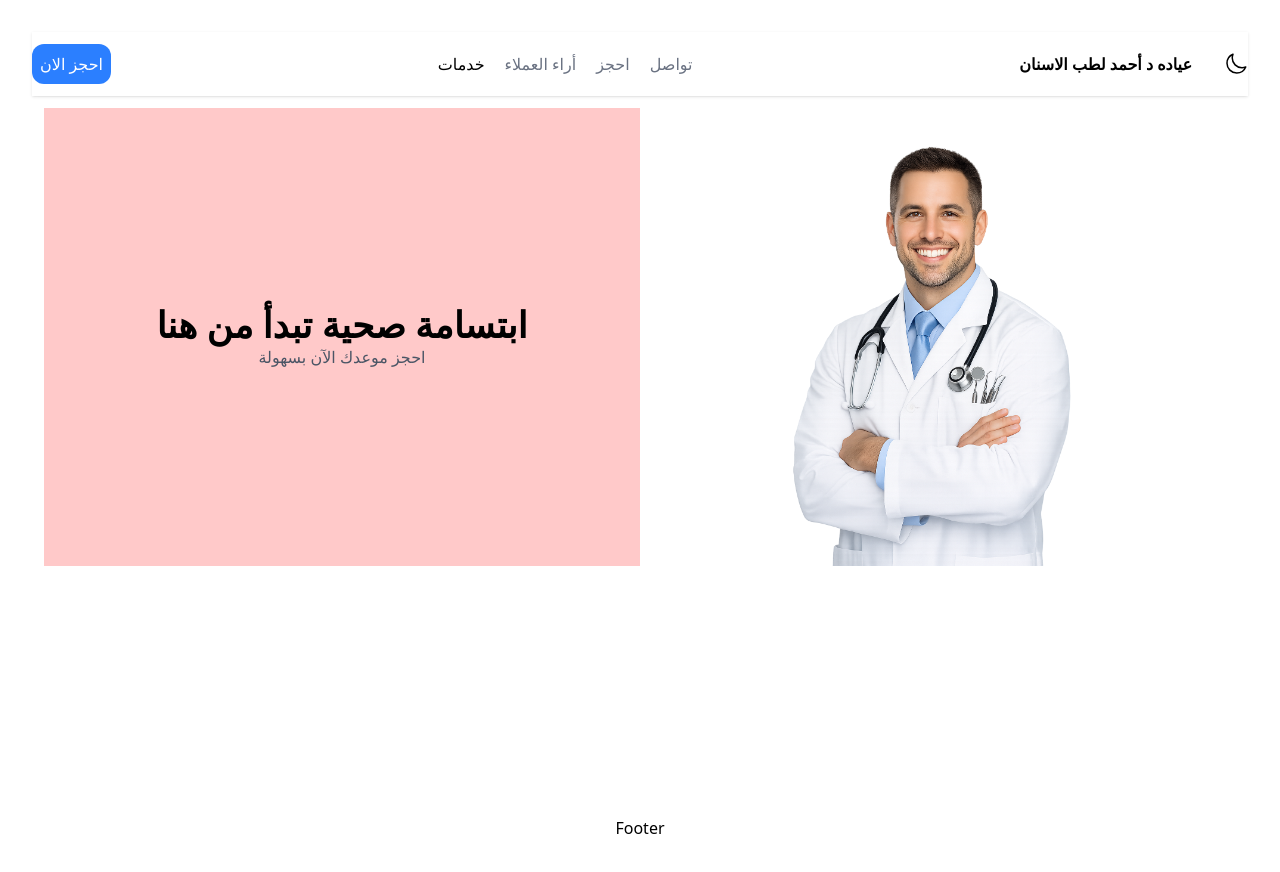
Repository: mohamedehab23-pro/clinic
Page: /
These files come from the project's save history. The page is drawn as it stood at one moment and after the next save; the edit follows.
The browser window is 1280 px wide. The pictures show the whole page.
The project was rebuilt for these pictures with package versions that can differ from the ones it lists, and the page was loaded fresh each time. Also part of the build but not shown: vite.config.js, src/Pages/AboutPage.jsx, src/Pages/ContactPage.jsx, src/Pages/NotFound.jsx, src/Components/Child.jsx, src/Components/Parent.jsx.

Above is the page before, as saved 2026-02-22 14:11:41.

After the next save:
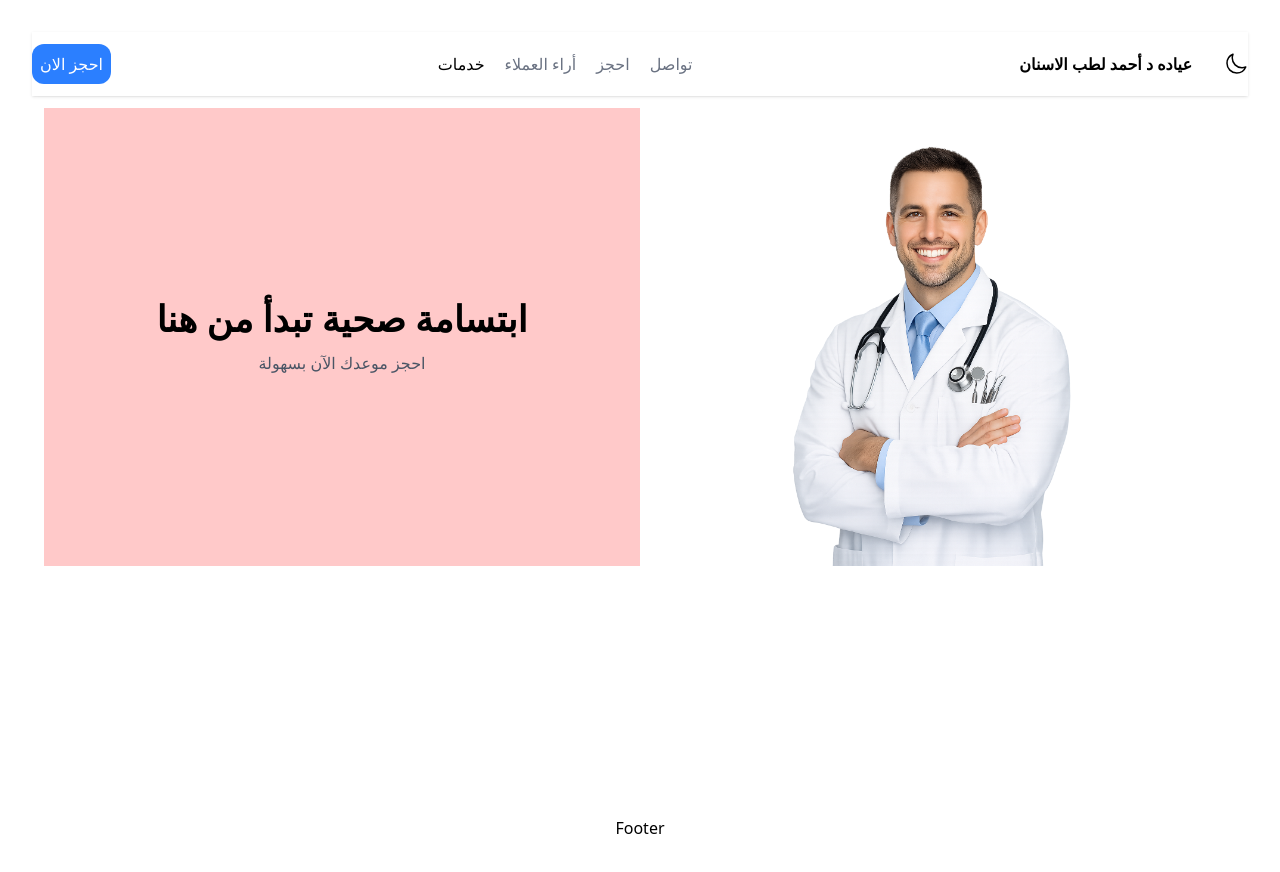
Saved 6 s later.
--- a/src/Pages/HeroPage.jsx
+++ b/src/Pages/HeroPage.jsx
@@ -6,7 +6,7 @@ export default function HomePage() {
       <div className='flex justify-around'>
 <div className='bg-red-200 w-full flex flex-col justify-center text-center '>
 <h2 className='text-4xl font-bold '>ابتسامة صحية تبدأ من هنا</h2>
-<p className='text-gray-600'>احجز موعدك الآن بسهولة</p>
+<p className='text-gray-600 pt-3'>احجز موعدك الآن بسهولة</p>
 </div>
 <div className=' w-full flex justify-center items-center'>
  <img src={sora} alt="doctor" className='w-[50%] ' />
